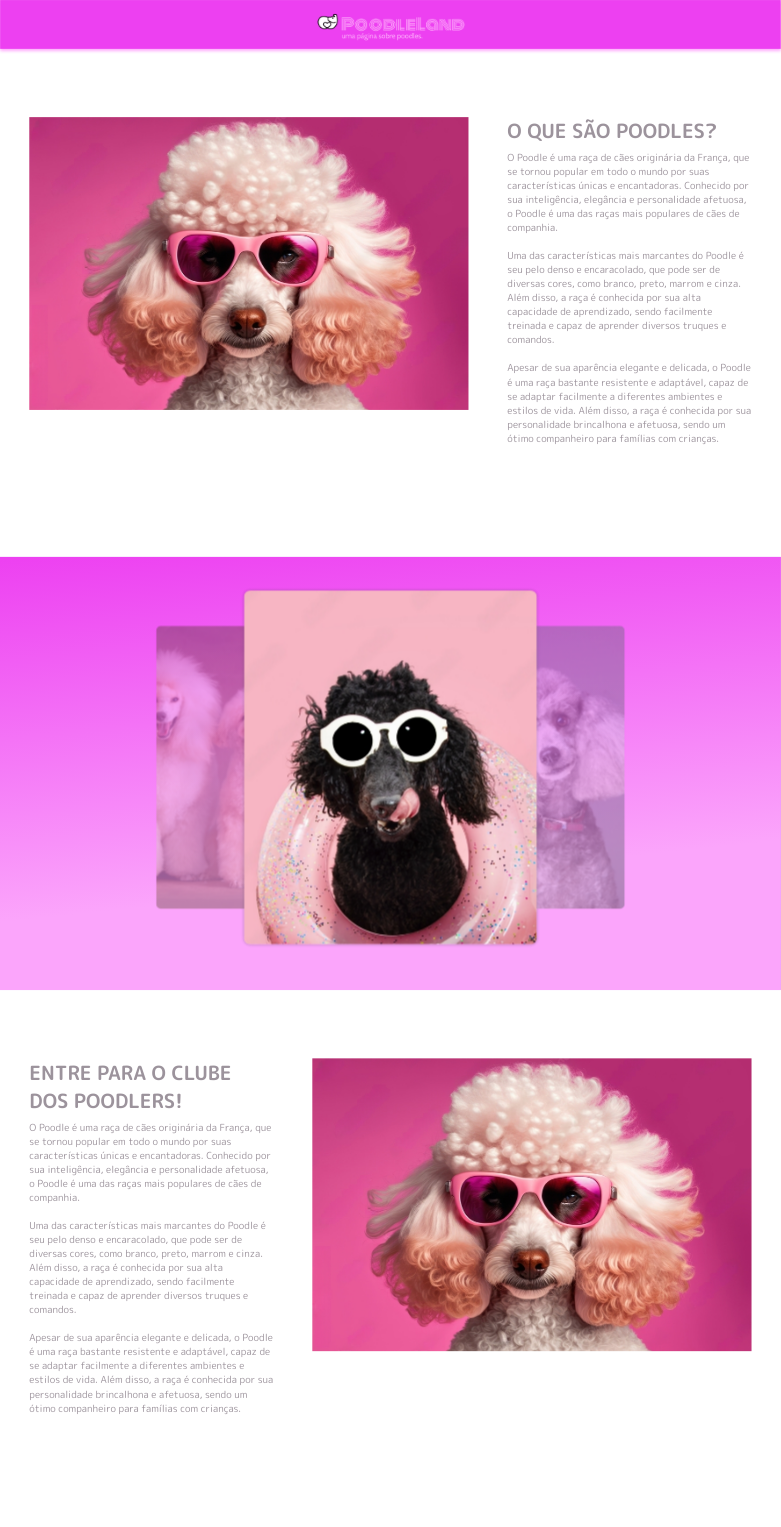
Repository: vinibalt/PoodleLand
Page: poddlelandia.html
These files come from the project's save history. The page is drawn as it stood at one moment and after a run of saves; the edit follows.
The browser window is 1280 px wide. The pictures show the whole page, at 61% of full size.

Above is the page before, as saved 2023-05-12 21:57:51.

### poddlelandia.html
<!DOCTYPE html>
<html lang="en">

<head>
    <meta charset="UTF-8">
    <meta http-equiv="X-UA-Compatible" content="IE=edge">
    <meta name="viewport" content="width=device-width, initial-scale=1.0">
    <link rel="stylesheet" href="./assets/css/styles.css">
    <title> PoodleLand </title>
</head>

<body>
    <header class="header">
        <div class="content">
            <img src="./assets/img/logo-poodleland.png" alt="" height="60px">
        </div>
    </header>

    <section class="section-one row">
        <div class="img-one">
            <img src="./assets/img/poddle-lindo.jpeg" alt="" height="480px">
        </div>

        <div class="text-one">
            <h1>O QUE SÃO POODLES?</h1>
            <p>
                O Poodle é uma raça de cães originária da França, que se tornou popular em todo o mundo por suas
                características únicas e encantadoras. Conhecido por sua inteligência, elegância e personalidade
                afetuosa, o Poodle é uma das raças mais populares de cães de companhia. <br><br>
                Uma das características mais marcantes do Poodle é seu pelo denso e encaracolado, que pode ser de
                diversas cores, como branco, preto, marrom e cinza. Além disso, a raça é conhecida por sua alta
                capacidade de aprendizado, sendo facilmente treinada e capaz de aprender diversos truques e comandos.
                <br><br>
                Apesar de sua aparência elegante e delicada, o Poodle é uma raça bastante resistente e adaptável, capaz
                de se adaptar facilmente a diferentes ambientes e estilos de vida. Além disso, a raça é conhecida por
                sua personalidade brincalhona e afetuosa, sendo um ótimo companheiro para famílias com crianças.
                <br><br>

            </p>
        </div>
    </section>

    <section class="section-carousel">

        <div class="container">
            <input type="radio" name="slider" id="item-1" checked>
            <input type="radio" name="slider" id="item-2">
            <input type="radio" name="slider" id="item-3">
          <div class="cards">
            <label class="card" for="item-1" id="song-1">
              <img class="img-carousel" src="./assets/img/poodle-praiano.jpeg" alt="song">
            </label>
            <label class="card" for="item-2" id="song-2">
              <img class="img-carousel" src="./assets/img/poodle-cinza-transformed.jpeg" alt="song">
            </label>
            <label class="card" for="item-3" id="song-3">
              <img class="img-carousel" src="./assets/img/poodle-varias-cores-transformed.jpeg" alt="song">
            </label>
          </div>
        </div>

    </section>

    <section class="section-two row">
        <div class="text-two">
            <h1>ENTRE PARA O CLUBE DOS POODLERS!</h1>
            <p>
                O Poodle é uma raça de cães originária da França, que se tornou popular em todo o mundo por suas
                características únicas e encantadoras. Conhecido por sua inteligência, elegância e personalidade
                afetuosa, o Poodle é uma das raças mais populares de cães de companhia. <br><br>
                Uma das características mais marcantes do Poodle é seu pelo denso e encaracolado, que pode ser de
                diversas cores, como branco, preto, marrom e cinza. Além disso, a raça é conhecida por sua alta
                capacidade de aprendizado, sendo facilmente treinada e capaz de aprender diversos truques e comandos.
                <br><br>
                Apesar de sua aparência elegante e delicada, o Poodle é uma raça bastante resistente e adaptável, capaz
                de se adaptar facilmente a diferentes ambientes e estilos de vida. Além disso, a raça é conhecida por
                sua personalidade brincalhona e afetuosa, sendo um ótimo companheiro para famílias com crianças.
                <br><br>

            </p>
        </div>

        <div class="img-two">
            <img src="./assets/img/poddle-lindo.jpeg" alt="" height="480px">
        </div>
    </section>

    <footer>

    </footer>
</body>

</html>

### assets/css/styles.css
@import url('https://fonts.googleapis.com/css2?family=Heebo:wght@300;400;500;600;700;800;900&display=swap');
@import url('https://fonts.googleapis.com/css2?family=M+PLUS+Rounded+1c:wght@100;300;400;500;700;800;900&display=swap');
/* font-family: 'Heebo', sans-serif; */

* {
    padding: 0;
    margin: 0;

    font-family: 'M PLUS Rounded 1c', sans-serif;
}

body {
    scroll-behavior: smooth;
}

.header {
    height: 80px;
    position: sticky;
    top: 0;
    background-color: #ed40f1;
    box-shadow: 0px 3px 5px 0px rgba(255,171,252,1);

    justify-content: center;
    align-items: center;
    text-align: center;

    z-index: 2;
}

.content img {
    padding-top: 1rem;
    border-radius: .5rem;

    border-radius: 8px;
}

.section-one, .section-two {
    height: auto;
    padding-top: 4rem;

    padding: 4rem 1rem 8rem 1rem;
    color: #9c939c;
}

.img-one, .text-one, .img-two, .text-two{
    padding: 3rem 2rem 2rem;
}

.text-one {

}

.text-one > h1 {
 font-size: 32px;
 font-weight: 700;

 padding-bottom: .5rem;
}

.text-two > h1 {
    font-size: 32px;
    font-weight: 700;

    padding-bottom: .5rem;
   }

.text-one > p {
    font-size: 16px;
    font-weight: 400;
}

.text-two > p {
    font-size: 16px;
    font-weight: 400;
}

.section-carousel {
    height: 650px;
    /* background-color: #fba5fb; */
    background: rgb(237,64,241);
    background: linear-gradient(174deg, rgba(237,64,241,1) 0%, rgba(251,165,251,1) 71%);
}








.row {
    display: flex;
    flex-direction: row;
}

.column {
    display: flex;
    flex-direction: column;
}







@import url("https://fonts.googleapis.com/css?family=DM+Sans:400,500,700&display=swap");



.section-carousel {
  display: flex;
  align-items: center;
  justify-content: center;
  padding: 30px 10px;
  font-family: 'DM Sans', sans-serif;
  transition: background .4s ease-in;
  background-color: #c394f8;

  &.blue {
    background-color: #428aa6;
  }
}

input[type=radio] {
  display: none;
}

.card {
  position: absolute;
  width: 60%;
  height: 100%;
  left: 0;
  right: 0;
  margin: auto;
  transition: transform .4s ease;
  cursor: pointer;
}

.container {
  width: 100%;
  max-width: 800px;
  max-height: 600px;
  height: 100%;
  transform-style: preserve-3d;
  display: flex;
  justify-content: center;
  flex-direction: column;
  align-items: center;
}

.cards {
  position: relative;
  width: 100%;
  height: 100%;
  margin-bottom: 20px;

  z-index: 1;
}

.img-carousel {
  width: 100%;
  height: 100%;
  border-radius: 10px;
  object-fit: cover;
}

#item-1:checked ~ .cards #song-3, #item-2:checked ~ .cards #song-1, #item-3:checked ~ .cards #song-2 {
  transform: translatex(-40%) scale(.8);
  opacity: .4;
  z-index: 0;
}

#item-1:checked ~ .cards #song-2, #item-2:checked ~ .cards #song-3, #item-3:checked ~ .cards #song-1 {
  transform: translatex(40%) scale(.8);
  opacity: .4;
  z-index: 0;
}

#item-1:checked ~ .cards #song-1, #item-2:checked ~ .cards #song-2, #item-3:checked ~ .cards #song-3 {
  transform: translatex(0) scale(1);
  opacity: 1;
  z-index: 1;

  img {
    box-shadow: 0px 0px 5px 0px rgba(81, 81, 81, 0.47);
  }
}

.player {
  background-color: #fff;
  border-radius: 8px;
  min-width: 320px;
  padding: 16px 10px;
}

.upper-part {
  position: relative;
  display: flex;
  align-items: center;
  margin-bottom: 12px;
  height: 36px;
  overflow: hidden;
}

.play-icon{ margin-right: 10px; }

.song-info {
  width: calc(100% - 32px);
  display: block;
}

.song-info .title {
  color: #403d40;
  font-size: 14px;
  line-height: 24px;
}

.sub-line {
  display: flex;
  justify-content: space-between;
  width: 100%;
}

.subtitle, .time {
  font-size: 12px;
  line-height: 16px;
  color: #c6c5c6;
}

.time {
  font-size: 12px;
  line-height: 16px;
  color: #a5a5a5;
  font-weight: 500;
  margin-left: auto;
}

.progress-bar {
  height: 3px;
  width: 100%;
  background-color: #e9efff;
  border-radius: 2px;
  overflow: hidden;
}

.progress {
  display: block;
  position: relative;
  width: 60%;
  height: 100%;
  background-color: #2992dc;
  border-radius: 6px;
}

.info-area {
  width: 100%;
  position: absolute;
  top: 0;
  left: 30px;
  transition: transform .4s ease-in;
}

#item-2:checked ~ .player #test {
  transform: translateY(0);
}

#item-2:checked ~ .player #test  {
  transform: translateY(-40px);
}

#item-3:checked ~ .player #test  {
  transform: translateY(-80px);
}

After the next 4 saves:
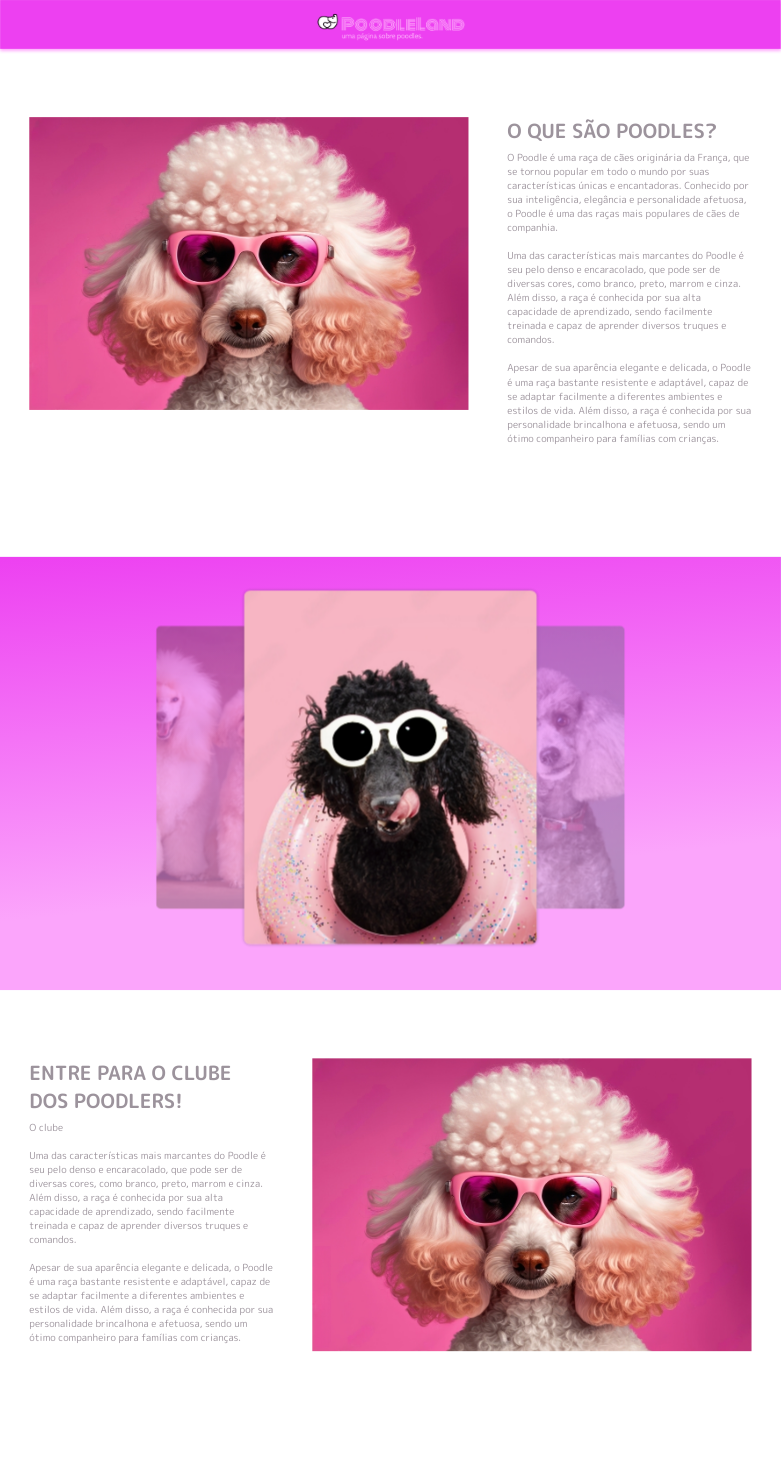
The 4 saves are shown as one change because they came seconds apart.
The last was saved 47 s later.
--- a/poddlelandia.html
+++ b/poddlelandia.html
@@ -65,9 +65,7 @@
         <div class="text-two">
             <h1>ENTRE PARA O CLUBE DOS POODLERS!</h1>
             <p>
-                O Poodle é uma raça de cães originária da França, que se tornou popular em todo o mundo por suas
-                características únicas e encantadoras. Conhecido por sua inteligência, elegância e personalidade
-                afetuosa, o Poodle é uma das raças mais populares de cães de companhia. <br><br>
+                O clube  <br><br>
                 Uma das características mais marcantes do Poodle é seu pelo denso e encaracolado, que pode ser de
                 diversas cores, como branco, preto, marrom e cinza. Além disso, a raça é conhecida por sua alta
                 capacidade de aprendizado, sendo facilmente treinada e capaz de aprender diversos truques e comandos.
